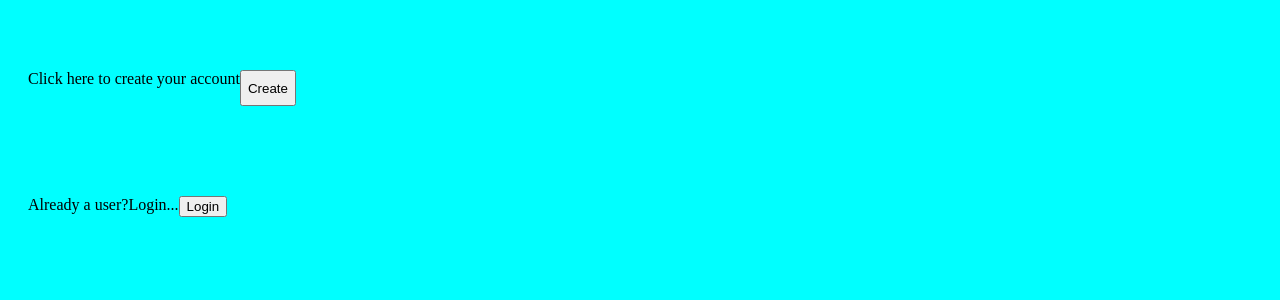
Repository: rosikraj/TurbifyTraining
Page: Wallet/WebContent/button.html
The author's editor kept a copy of each file at every save. The page is drawn from the files as they stood at one save, then again after the next save.
The browser window is 1280 px wide. The pictures show the whole page.

Above is the page before, as saved 2023-09-24 05:48:37.

### Wallet/WebContent/button.html
<!DOCTYPE html>
<html>
<head>
<meta charset="ISO-8859-1">
<title>Insert title here</title>
<script type="text/javascript">
        window.history.forward();
        function noBack() {
            window.history.forward();
        }
    </script>
<style>
    	form{
    		display:flex;
    		margin-top:50px;
    		padding:20px;
    	}
    </style>
</head>
<body bgcolor="cyan" text="black">
<center>
<form method="post" action="create.jsp">
Click here to create your account<br>
<input type="submit" name="create" value="Create"><br><br>
</form>
<form method="post" action="login.jsp">
Already a user?Login...<br>
<input type="submit" name="login" value="Login">
</form>
</center>
</body>
</html>

After the next save:
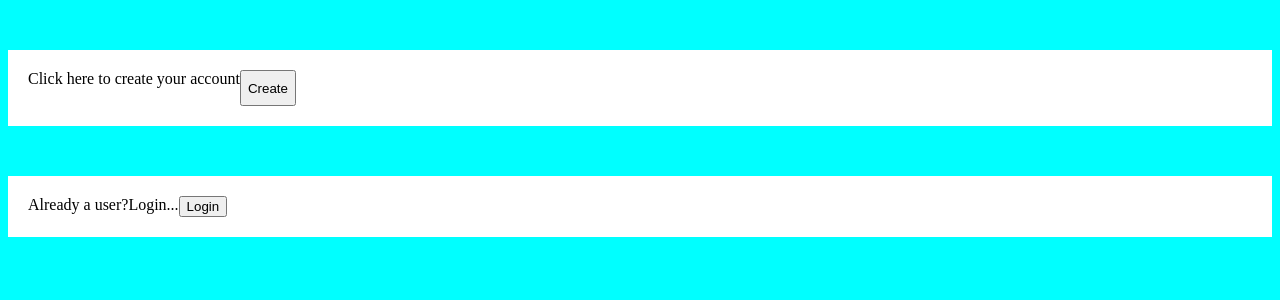
Saved 30 s later.
--- a/Wallet/WebContent/button.html
+++ b/Wallet/WebContent/button.html
@@ -11,6 +11,7 @@
     </script>
 <style>
     	form{
+    		background-color:white;
     		display:flex;
     		margin-top:50px;
     		padding:20px;
